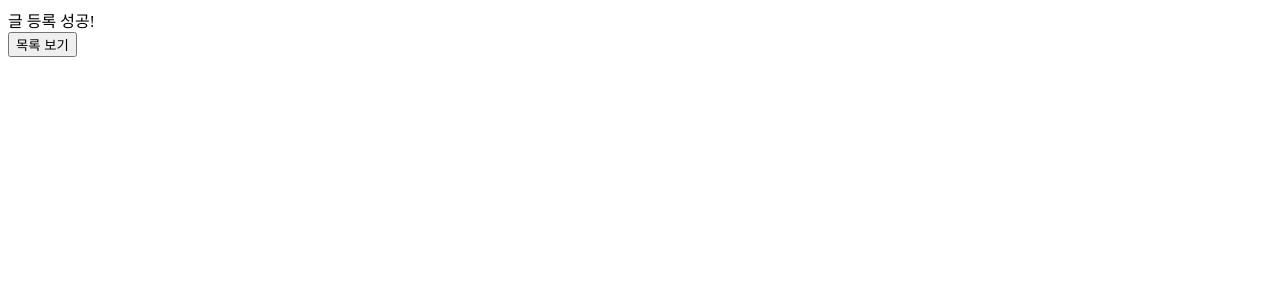
Repository: yuntaekOhO/SY_Academy_Study
Page: http://localhost/ch03-JSP/ch09-jdbc/s04_insertTest.jsp
An editor plug-in stored every save of this project. The page is shown before and after the next save, followed by the edit.
The browser window is 1280 px wide. The pictures show the whole page.
The page is served by Tomcat 9. Queries for data that is not in the repository find no rows.

Above is the page before, as saved 2022-06-29 03:23:12.

After the next save:
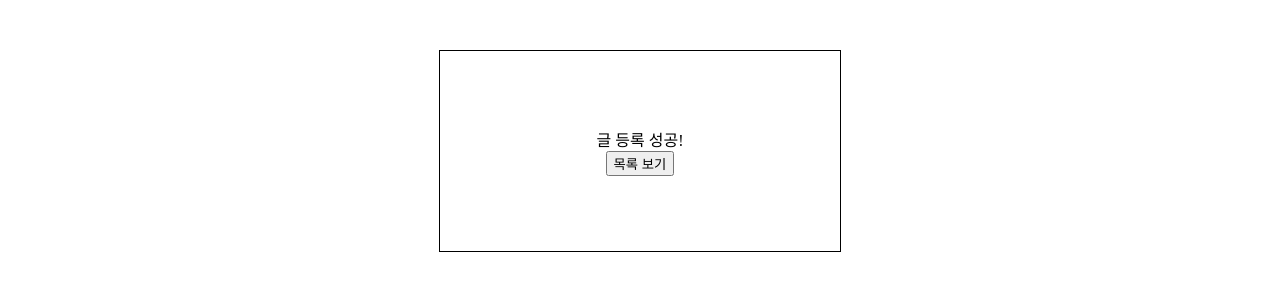
Saved 2 min 15 s later.
--- a/workspace_jsp/ch03-JSP/src/main/webapp/ch09-jdbc/s04_insertTest.jsp
+++ b/workspace_jsp/ch03-JSP/src/main/webapp/ch09-jdbc/s04_insertTest.jsp
@@ -10,6 +10,7 @@
 <head>
 <meta charset="UTF-8">
 <title>글 등록 처리</title>
+<link rel="stylesheet" href="style.css" type="text/css">
 </head>
 <body>
 <%
